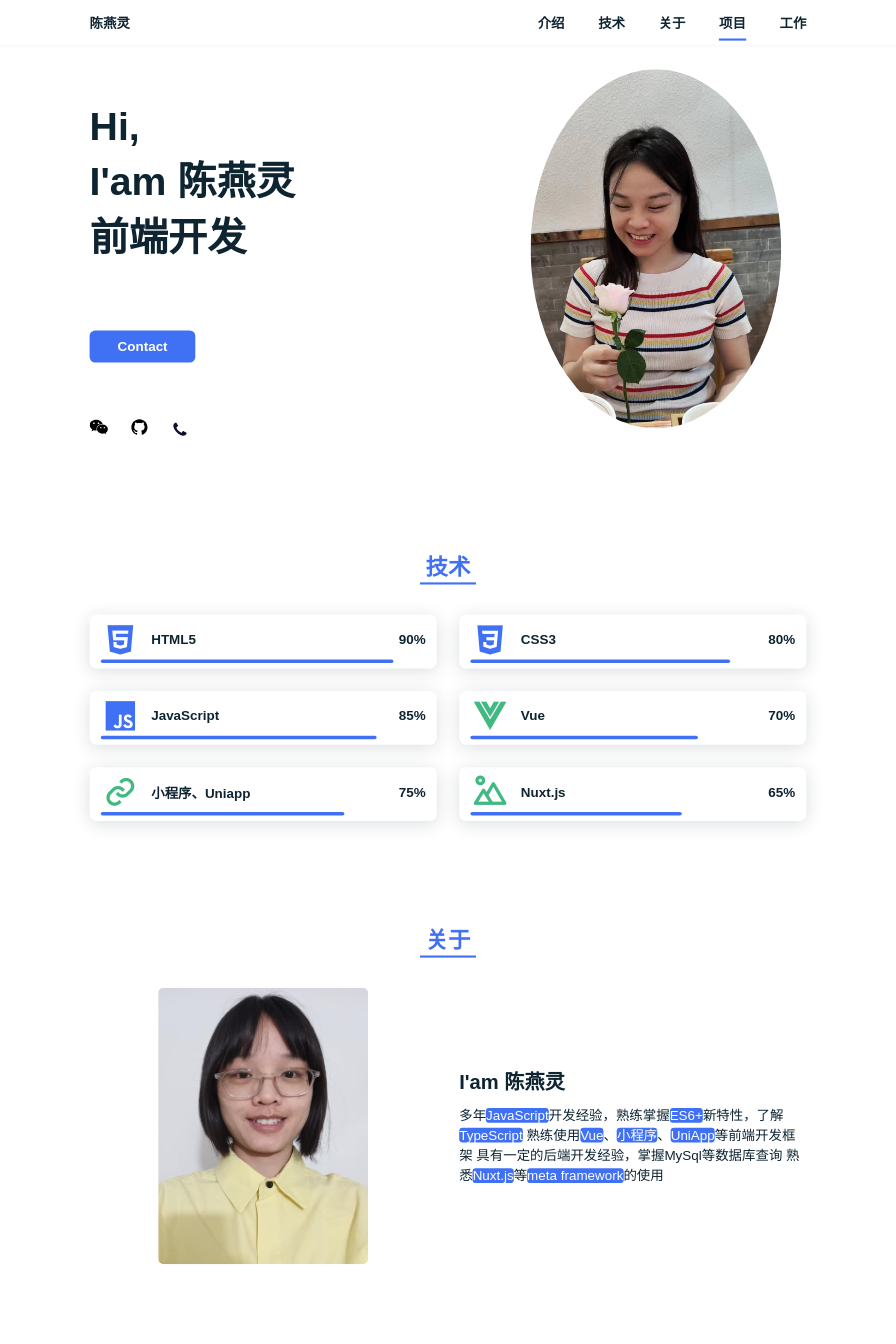
Repository: alinlinbo/yanling-resume-site
Page: index.html
An editor plug-in stored every save of this project. The page is shown before and after the next save, followed by the edit.
The browser window is 1280 px wide. The pictures show the part of the page from y = 0 to 1920 px (the page is 3770 px tall), at 70% of full size.

Above is the page before, as saved 2023-09-18 18:40:12.

### index.html
<!DOCTYPE html>
<html lang="en">

<head>
    <meta charset="UTF-8">
    <meta name="viewport" content="width=device-width, initial-scale=1.0">

    <link rel="stylesheet" href="assets/css/style.css">
    <link href='https://unpkg.com/boxicons@2.1.4/css/boxicons.min.css' rel='stylesheet'>
    <link rel="stylesheet" href="https://cdnjs.cloudflare.com/ajax/libs/font-awesome/5.15.4/css/all.min.css" />
    <title>陈燕灵简历网站</title>

</head>

<body>
    <!-- header -->

    <header class="l-header">
        <nav class="nav bd-grid">
            <div>
                <a href="#" class="nav__logo">陈燕灵</a>
            </div>

            <div class="nav__menu" id="nav-menu">
                <ul class="nav__list">
                    <li class="nav__item">
                        <a href="#home" class="nav__link active">介绍</a>
                    </li>
                    <li class="nav__item">
                        <a href="#skills" class="nav__link">技术</a>
                    </li>
                    <li class="nav__item">
                        <a href="#about" class="nav__link">关于</a>
                    </li>
                    <li class="nav__item">
                        <a href="#project" class="nav__link">项目</a>
                    </li>
                    <li class="nav__item">
                        <a href="#work" class="nav__link">工作</a>
                    </li>

                    <!-- <li class="nav__item">
                        <a href="#contact" class="nav__link">Contact</a>
                    </li> -->
                </ul>
            </div>
            <div class="nav__toggle" id="nav-toggle">
                <svg class="icon svg-icon" aria-hidden="true">
                    <use xlink:href="#icon-list"></use>
                </svg>
            </div>
        </nav>
    </header>

    <main class="l-main">
        <!-- hrme -->
        <section class="home section bd-grid" id="home">
            <div class="home__data">
                <h1 class="home__title">
                    Hi,<br>I'am <span class="home__title-color">陈燕灵</span><br> 前端开发
                </h1>
                <h1 class="phone">电话：15919213326</h1>
                <a href="#" style="position: relative; z-index: 10;" class="button" id="contact">Contact</a>
            </div>
            <div class="home__social">
                <a href="#" class="home__social-icon" id="wechat">
                    <svg class="svg-icon-home icon" aria-hidden="true">
                        <use xlink:href="#icon-weixin"></use>
                    </svg>
                </a>

                <a href="#" class="home__social-icon">
                    <svg class="svg-icon-home icon" aria-hidden="true">
                        <use xlink:href="#icon-github-fill"></use>
                    </svg>
                </a>
                <a href="#" class="home__social-icon">
                    <svg class="svg-icon-home svg-icon icon" aria-hidden="true">
                        <use xlink:href="#icon-phone"></use>
                    </svg>
                </a>
                <div class=" home__code">
                    <img src="assets/img/wechat_code.png" alt="">
                </div>
            </div>

            <div class="home__img">
                <img class="home__img" src="assets/img/head1.jpg" alt="">
            </div>
        </section>

        <section class="skills section" id="skills">
            <h2 class="section-title">技术</h2>

            <div class="project__container bd-grid">
                <div class="skills__data">
                    <div class="skills__item">
                        <div class="skill__introduce">
                            <div class="skills__intr__r">
                                <i class='bx bxl-html5 skills__icon'></i><span>HTML5</span>
                            </div>

                            <div class="skills__bar">90%</div>
                        </div>

                        <div class="skills__line skills__line90"></div>
                    </div>
                </div>
                <div class="skills__data">
                    <div class="skills__item">
                        <div class="skill__introduce">
                            <div class="skills__intr__r">
                                <i class='bx bxl-css3 skills__icon'></i><span>CSS3</span>
                            </div>

                            <div class="skills__bar">80%</div>
                        </div>

                        <div class="skills__line80 skills__line"></div>
                    </div>
                </div>
                <div class="skills__data">
                    <div class="skills__item">
                        <div class="skill__introduce">
                            <div class="skills__intr__r">
                                <i class='bx bxl-javascript skills__icon'></i><span>JavaScript</span>
                            </div>

                            <div class="skills__bar">85%</div>
                        </div>

                        <div class="skills__line85 skills__line"></div>
                    </div>
                </div>
                <div class="skills__data">
                    <div class="skills__item">
                        <div class="skill__introduce">
                            <div class="skills__intr__r">
                                <i class='bx bxl-vuejs skills__icon color-vue'></i><span>Vue</span>
                            </div>

                            <div class="skills__bar">70%</div>
                        </div>

                        <div class="skills__line70 skills__line"></div>
                    </div>
                </div>
                <div class="skills__data">
                    <div class="skills__item">
                        <div class="skill__introduce">
                            <div class="skills__intr__r">
                                <i class='bx bx-link skills__icon color-vue'></i><span>小程序、Uniapp</span>
                            </div>

                            <div class="skills__bar">75%</div>
                        </div>

                        <div class=" skills__line skills__line75"></div>
                    </div>
                </div>
                <div class="skills__data">
                    <div class="skills__item">
                        <div class="skill__introduce">
                            <div class="skills__intr__r">
                                <i class='bx bx-landscape skills__icon color-vue'></i><span>Nuxt.js</span>
                            </div>

                            <div class="skills__bar">65%</div>
                        </div>

                        <div class=" skills__line skills__line65"></div>
                    </div>
                </div>
            </div>
        </section>
        <section class="about section" id="about">
            <h2 class="section-title">关于</h2>
            <div class="about__container bd-grid">
                <div class="about__img">
                    <img src="assets/img/about.jpg" alt="">
                </div>
                <div>
                    <h2 class="about__subtitle">I'am 陈燕灵</h2>
                    <p class="about__text">
                        多年<span>JavaScript</span>开发经验，熟练掌握<span>ES6+</span>新特性，了解<span>TypeScript</span>
                        熟练使用<span>Vue</span>、<span>小程序</span>、<span>UniApp</span>等前端开发框架
                        具有一定的后端开发经验，掌握<soan>MySql</soan>等数据库查询
                        熟悉<span>Nuxt.js</span>等<span>meta framework</span>的使用</p>
                </div>
        </section>

        <section class="project section" id="project">
            <h2 class="section-title">项目</h2>
            <div class="project__container bd-grid">
                <div class="project__data">
                    <div class="project__item">
                        <h2 class="project__subtitle">个人线上简历</h2>
                        <span class="project__text">使用Css和JavaScript开发的个人线上简历，利用媒体查询和Rem特性同时适配了PC端和移动端，且实现了一些动画</span>
                    </div>
                </div>
                <div class="project__data">
                    <div class="project__item">
                        <h2 class="project__subtitle">润通联合云管家</h2>
                        <span
                            class="project__text">基于uniapp框架开发的微信小程序的缴费小程序。实现了缴费、房屋管理、报修管理等模块的页面、接口对接以及交互。以及axios封装和导航栏等公用组件的封装。</span>
                    </div>
                </div>
                <div class="project__data">
                    <div class="project__item">
                        <h2 class="project__subtitle">寺院后台管理系统</h2>
                        <span
                            class="project__text">使用jq，bootstrap和vue开发的寺院后台管理系统，实现了文章管理，用户管理,项目管理等模块前端页面的编写与接口的对接，在项目中对ajax请求进行封装，为接口调用添加了拦截器和loading动画，有效减少代码量并提高开发效率</span>
                    </div>
                </div>
                <div class="project__data">
                    <div class="project__item">
                        <h2 class="project__subtitle">寺院公众号项目</h2>
                        <span
                            class="project__text">使用jq开发的微信公众号微站，实现了首页，详情页，我的页面等的接口对接及样式修改，针对业务场景封装底部及顶部导航栏、头部返回等公用组件，提高代码复用</span>
                    </div>
                </div>
                <div class="project__data">
                    <div class="project__item">
                        <h2 class="project__subtitle">1983抽盒机</h2>
                        <span
                            class="project__text">基于原生微信小程序、支付宝小程序商城，项目使用小程序自带的组件，完成了优惠券红包领取、活动页主页、海报分享、抽盲盒等模块的接口对接及样式修改</span>
                    </div>
                </div>
                <div class="project__data">
                    <div class="project__item">
                        <h2 class="project__subtitle">新八佰伴等商城小程序</h2>
                        <span
                            class="project__text">基于uni-app框架开发的微信小程序商城，项目使用uview组件和uni-app自带的组件，完成了购物、详情、提交订单等模块的接口对接及样式修改</span>
                    </div>
                </div>
                <div class="project__data">
                    <div class="project__item">
                        <h2 class="project__subtitle">系统中台</h2>
                        <span class="project__text">基于vue框架，使用ant design组件开发的业务中台,完成商家参数、进口报关模块的交互与接口对接</span>
                    </div>
                </div>
                <div class="project__data">
                    <div class="project__item">
                        <h2 class="project__subtitle">商城管理后台</h2>
                        <span
                            class="project__text">使用vue框架和element-ui开发的商城管理后台，实现了优惠券、文章管理、会员管理等模块部分接口对接与前端小程序页面的编写</span>
                    </div>
                </div>
        </section>

        <section class="work section" id="work">
            <h2 class="section-title">工作</h2>
            <div class="work__container bd-grid">

                <div class="work__data">
                    <div class="work__name">
                        <i class='bx bx-buildings work__icon'></i>
                        <span class="work__name">珠海齐润科技有限公司</span>
                    </div>
                    <div class="work__name">
                        <i class='bx bxs-briefcase-alt-2 work__icon'></i>
                        <span class="work__name">负责使用 Uniapp 开发小程序，以及使用 Vue 开发后台项目。</span>
                    </div>
                    <div class="work__name">
                        <i class='bx bx-time-five work__icon'></i>
                        <span class="work__name">2022-08~2022-01</span>
                    </div>
                </div>
                <div class="work__data">
                    <div class="work__name">
                        <i class='bx bx-buildings work__icon'></i>
                        <span class="work__name">珠海唐佛科技有限公司</span>
                    </div>
                    <div class="work__name">
                        <i class='bx bxs-briefcase-alt-2 work__icon'></i>
                        <span class="work__name">负责使用vue和jquery开发微信公众号、微站和后台管理。</span>
                    </div>
                    <div class="work__name">
                        <i class='bx bx-time-five work__icon'></i>
                        <span class="work__name">2021-03~2022-07</span>
                    </div>
                </div>
                <div class="work__data">
                    <div class="work__name">
                        <i class='bx bx-buildings work__icon'></i>
                        <span class="work__name">珠海横琴智恒运通网络科技</span>
                    </div>
                    <div class="work__name">
                        <i class='bx bxs-briefcase-alt-2 work__icon'></i>
                        <span class="work__name">负责使用 Uniapp 开发小程序，以及使用 Vue 开发后台项目。</span>
                    </div>
                    <div class="work__name">
                        <i class='bx bx-time-five work__icon'></i>
                        <span class="work__name">2020-11~2021-02</span>
                    </div>
                </div>

            </div>
        </section>
        <!-- <section class="contact section" id="contact">
            <h2 class="section-title">Contact</h2>
            <div class="contact__container bd-grid">
                <form action="" class="contact__form">
                    <input type="text" placeholder="Name" class="contact__input">
                    <input type="email" placeholder="Email" class="contact__input">
                    <label for="contact-message"></label>
                    <textarea id="contact-message" name="message" cols="30" rows="10" class="contact__input"></textarea>

                    <input type="button" value="Enviar" class="contact__button button">
                </form>
            </div>
        </section> -->

    </main>

    <footer class="footer">
        <p class="footer__title">陈燕灵</p>
        <div style="display: none;" class="footer__social">
            <a href="#" class="footer__icon"><i class='bx bxl-facebook'></i></a>
            <a href="#" class="footer__icon"><i class='bx bxl-instagram'></i></a>
            <a href="#" class="footer__icon"><i class='bx bxl-twitter'></i></a>
        </div>
        <p>&#169;2023 copyright</p>
    </footer>
    <script src="https://unpkg.com/scrollreveal"></script>
    <script src="assets/js/main.js"></script>
    <script src="assets/js/iconfont.js"></script>
</body>

</html>

Loaded but not shown: assets/js/iconfont.js (library); assets/js/main.js (159 lines, source omitted); assets/css/style.css (811 lines, source omitted)

After the next save:
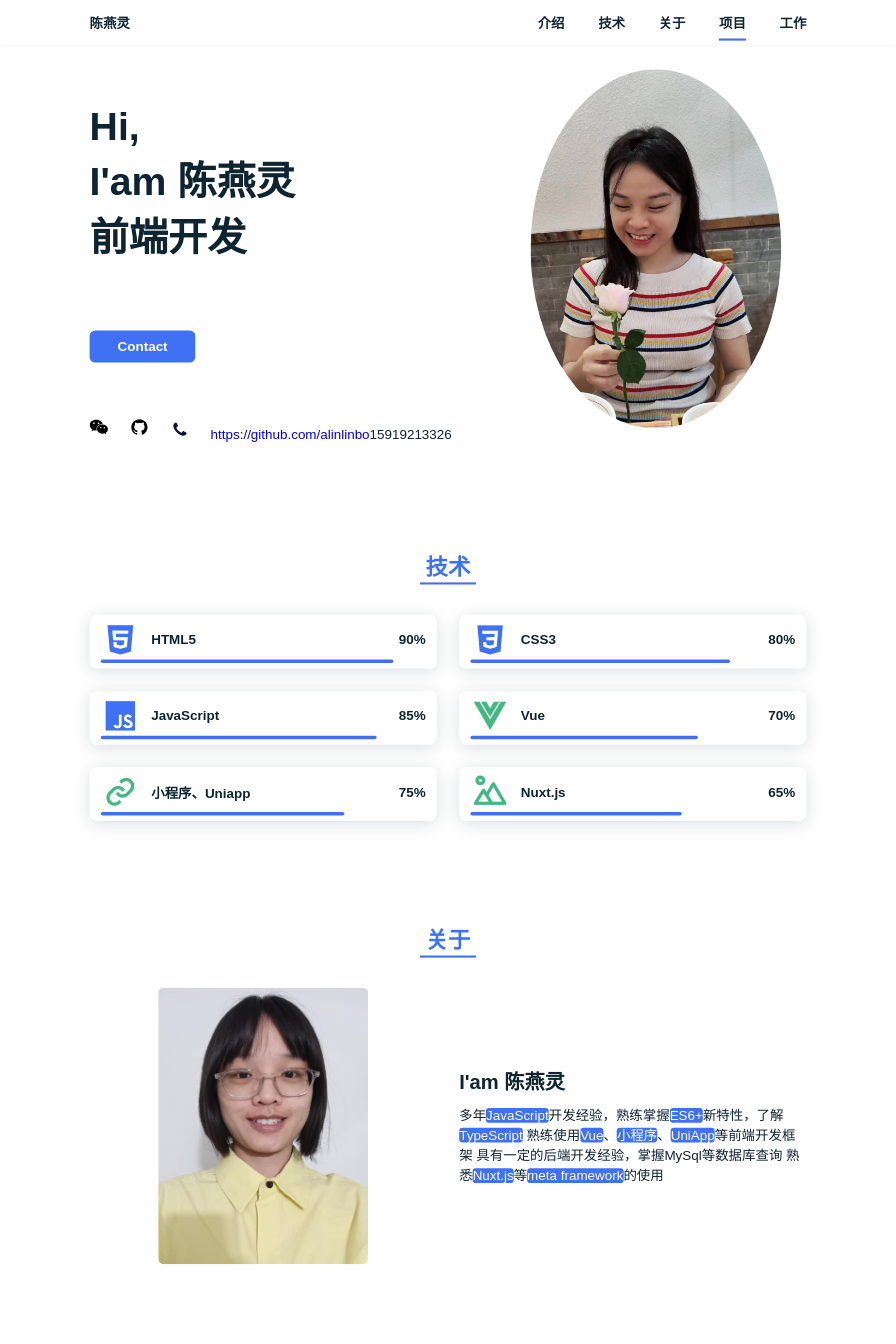
Saved 28 min 52 s later.
--- a/index.html
+++ b/index.html
@@ -81,6 +81,12 @@
                 </a>
                 <div class=" home__code">
                     <img src="assets/img/wechat_code.png" alt="">
+                </div>
+                <div class=" home__git">
+                    <a href="https://github.com/alinlinbo">https://github.com/alinlinbo</a>
+                </div>
+                <div class=" home__phone">
+                    <div>15919213326</div>
                 </div>
             </div>
 
